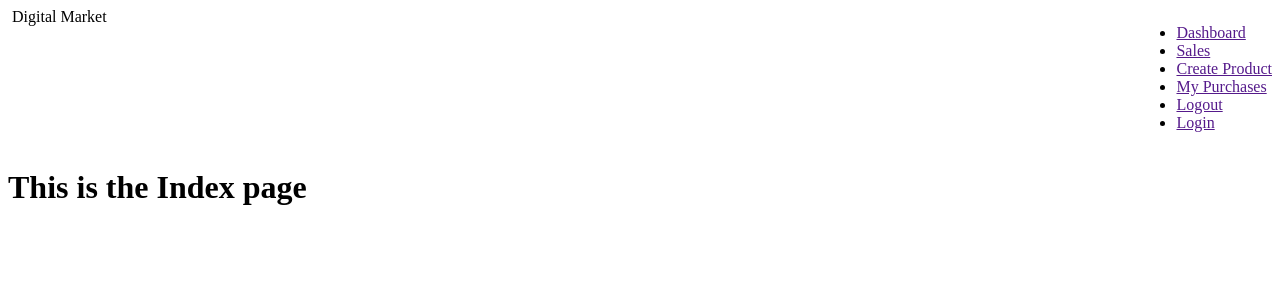
Repository: Zedestar/DigitalMarket_django
Page: http://localhost/
The author's editor kept a copy of each file at every save. The page is drawn from the files as they stood at one save, then again after the next save.
The browser window is 1280 px wide. The pictures show the whole page.
The page is served by the project's application, run on Django 5.2 (manage.py). Style sheets and scripts are compiled from the project's sources, by tool versions that may differ from the author's.

Above is the page before, as saved 2025-03-19 16:33:43.

After the next save:
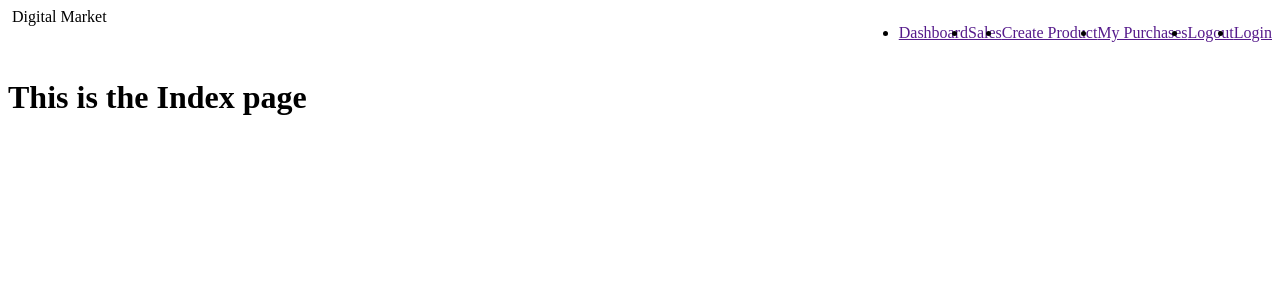
Saved 26 s later.
--- a/templates/base.html
+++ b/templates/base.html
@@ -13,7 +13,7 @@
                 <img src="" alt="">
                 <span>Digital Market</span>
             </div>
-            <ul class="mr-6">
+            <ul class="mr-6 flex">
                 <li>
                     <a href="">Dashboard</a>
                 </li>
